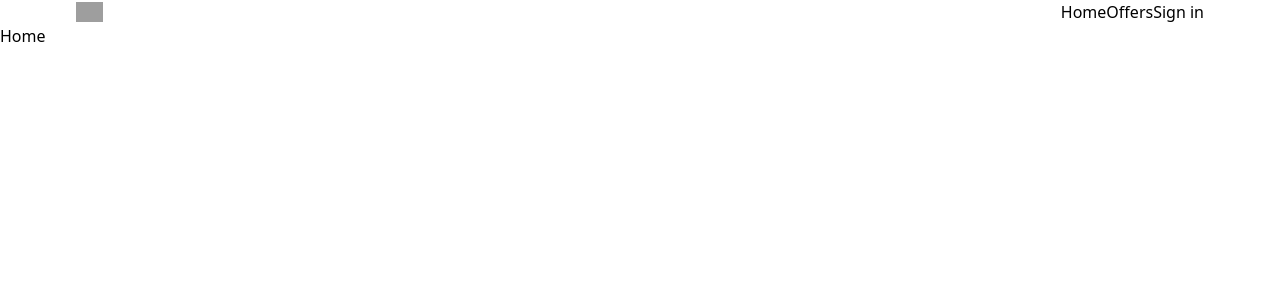
Repository: miraclesamson/realtor-clone
Page: /
These files come from the project's save history. The page is drawn as it stood at one moment and after the next save; the edit follows.
The browser window is 1280 px wide. The pictures show the whole page.
Pictures or frames that could not be fetched are drawn as grey boxes. The project was rebuilt for these pictures with package versions that can differ from the ones it lists, and the page was loaded fresh each time. Also part of the build but not shown: src/App.css, src/pages/Profile.jsx, src/pages/SignIn.jsx, src/pages/SignUp.jsx, src/pages/ForgotPassword.jsx, src/pages/Offers.jsx.

Above is the page before, as saved 2022-09-19 13:06:45.

After the next save:
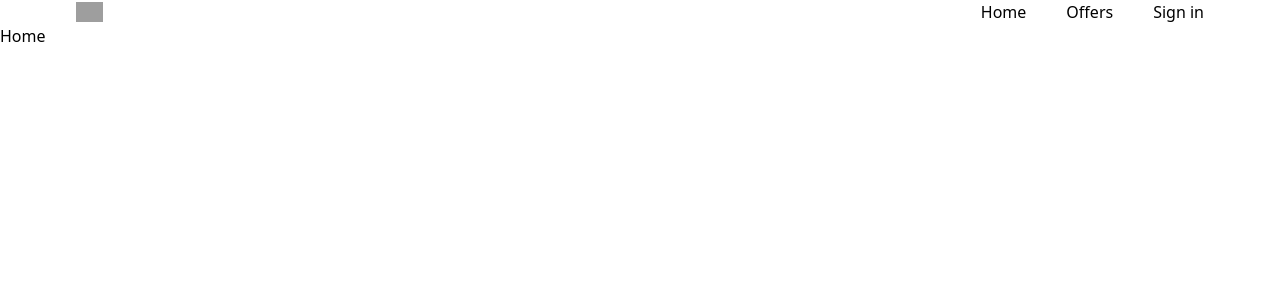
Saved 111 s later.
--- a/src/components/Header.jsx
+++ b/src/components/Header.jsx
@@ -12,7 +12,7 @@ export default function Header() {
           />
         </div>
         <div>
-          <ul className="flex">
+          <ul className="flex space-x-10">
             <li>Home</li>
             <li>Offers</li>
             <li>Sign in</li>
